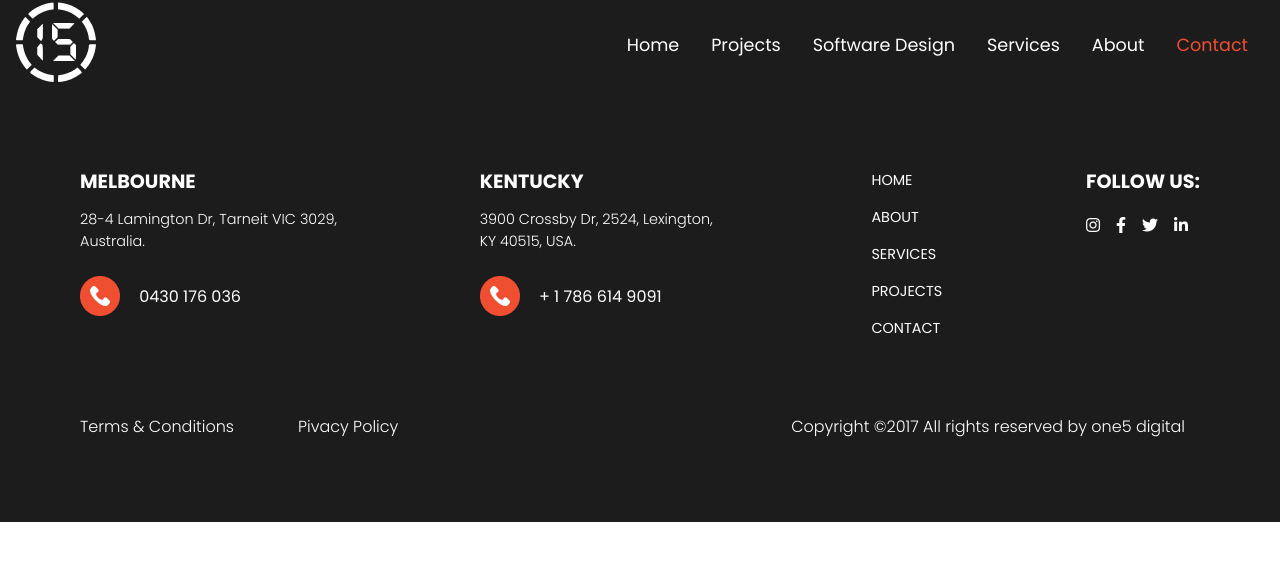
Repository: gopalpurohit54/one5
Page: /Contact
An editor plug-in stored every save of this project. The page is shown before and after the next save, followed by the edit.
The browser window is 1280 px wide. The pictures show the whole page.
The project was rebuilt for these pictures with package versions that can differ from the ones it lists, and the page was loaded fresh each time. Also part of the build but not shown: src/components/Button.js, src/components/HeroSection.css, src/components/HeroSection.js, src/components/OurProjects.css, src/components/OurProjects.js, src/components/OurServices.js, src/components/AboutUs.css, src/components/AboutUs.js and 30 more.

Above is the page before, as saved 2021-06-22 13:38:41.

After the next save:
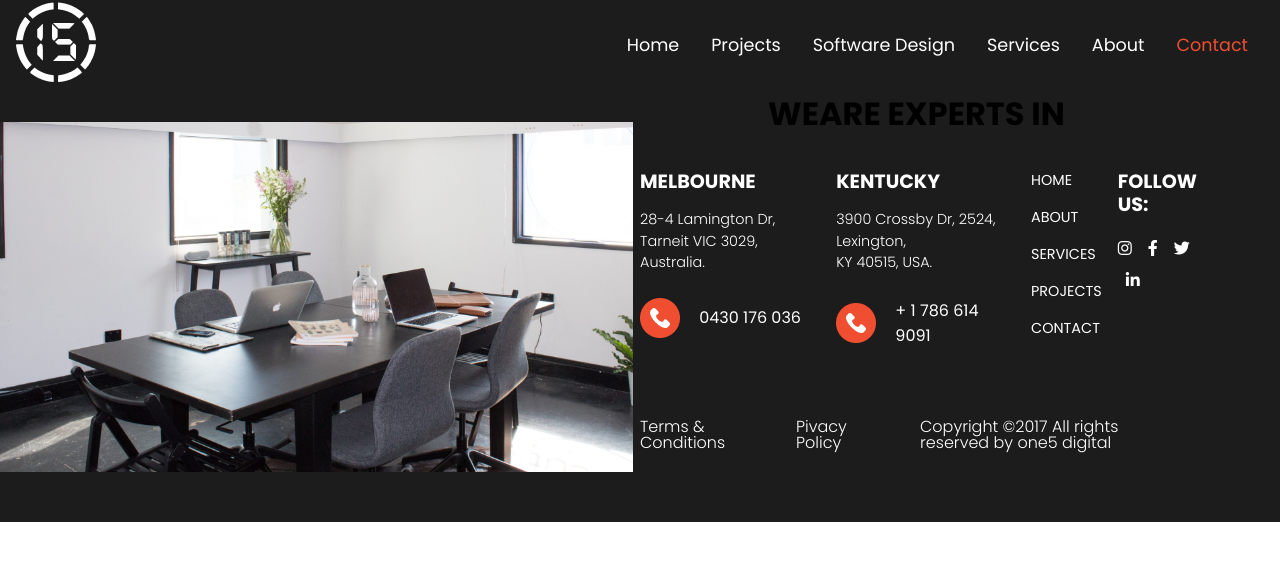
Saved 45 s later.
--- a/src/components/ContactPage.js
+++ b/src/components/ContactPage.js
@@ -4,7 +4,12 @@ import './ContactPage.css';
 function ContactPage() {
     return (
         <div className="contactpage">
-
+            <div className="exp-left">
+                <img className="exp-img" src= "./expert-about.png" alt= "Loading..." />
+            </div>
+            <div className="exp-right">
+                <h1>WEARE EXPERTS IN</h1>
+            </div>
         </div>
     )
 }
